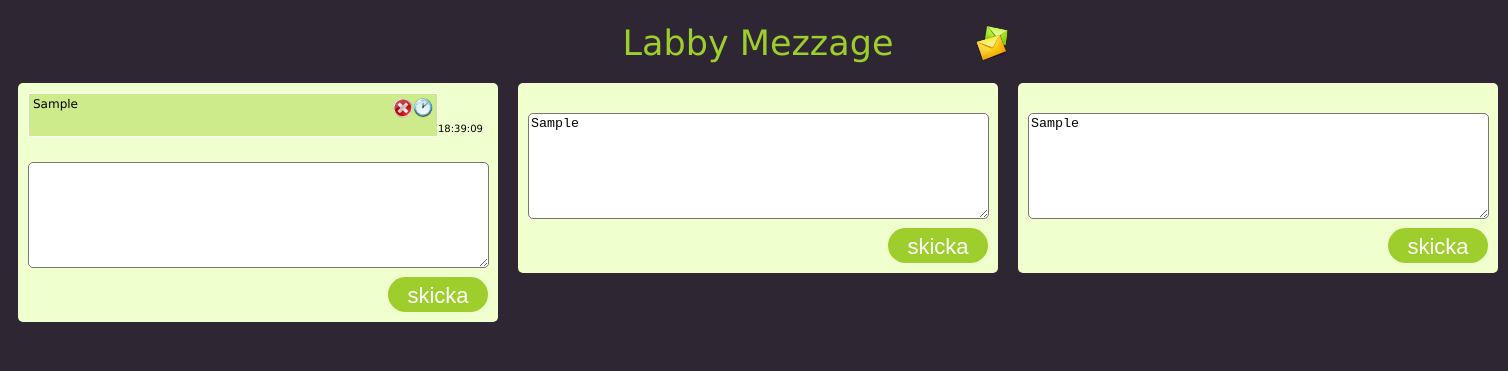
Repository: ad222kr/1dv403-laborationer
Page: 2-labbymezzage/index.html
The author's editor kept a record of every edit. The page is drawn from the files as they stood at one moment, then again after the next edit.
The browser window is 1280 px wide. The page is 1508 px wide, so the pictures cover 1508 px, including what lies to the right of the window. The pictures show the whole page.
Empty fields were first filled with sample values (such as "Sample", 5 or name@example.com).
After loading, the first visible `input.button` was clicked once.

Above is the page before.

### 2-labbymezzage/index.html
<!DOCTYPE HTML>
<html lang="sv">
    <head>
        <meta charset="UTF-8" />
        <title>Laboration 2 - Labby Mezzage!</title>
        <link rel="stylesheet" href="css/style.css" />

    </head>

    <body>
        <div id ="container">
            <header><h1>Labby Mezzage</h1></header>
            <div id="content">
                  <div id="board1" class="board"></div>
                  <div id="board2" class="board"></div>
                  <div id="board3" class="board"></div>

            </div>
        </div>
        <script src="js/Message.js"></script>
        <script src="js/MessageBoard.js"></script>
        <script  src="js/run.js"></script>
    </body>
</html>

### 2-labbymezzage/css/style.css
body{
    background-color: #2E2633; /* Ändra sen */
    font-family: Verdana, Helvetica;

}

h1{

    color:#9dce2c;
    font-size: 35px;
    font-weight: normal;
}
p{
    color: black;
}

header{
    background-image: url("pics/logo.png");
    background-size: 35px 35px;
    background-repeat: no-repeat;
    background-position: 66%;
    text-align: center;
    height: 40px;
    line-height: 40px;
    margin-bottom:10px;
}

.textarea{
    width: 455px;
    height: 100px;
    -webkit-border-radius: 5px;
    -moz-border-radius: 5px;
    border-radius: 5px;
    margin-top:20px;
}

#container{
    width: 1500px;
    margin: 0px auto;
}



.button{
    border: 0px;
	background-color:#9dce2c;
	-webkit-border-top-left-radius:42px;
	-moz-border-radius-topleft:42px;
	border-top-left-radius:42px;
	-webkit-border-top-right-radius:42px;
	-moz-border-radius-topright:42px;
	border-top-right-radius:42px;
	-webkit-border-bottom-right-radius:42px;
	-moz-border-radius-bottomright:42px;
	border-bottom-right-radius:42px;
	-webkit-border-bottom-left-radius:42px;
	-moz-border-radius-bottomleft:42px;
	border-bottom-left-radius:42px;
	display:inline-block;
	color:#ffffff;
	font-size:22px;
	font-weight:normal;
	font-style:normal;
	height:35px;
	line-height:35px;
	width:100px;
	text-decoration:none;
	text-align:center;
	margin-left: 360px;
	margin-top: 5px;
}

.button:hover{
    background:-webkit-gradient( linear, left top, left bottom, color-stop(0.05, #8cb82b), color-stop(1, #9dce2c) );
	background:-moz-linear-gradient( center top, #8cb82b 5%, #9dce2c 100% );
	background-color:#8cb82b;
}

.button:active{
    position: relative;
    top: 1px;
}

.numberofmess{
    color: black;
    font-size: 11px;
    float: right;
    margin-bottom: -25px;
}

.board{
    background: #EFFFCD;
    border-color: #000000;
    padding: 10px;
    -webkit-border-radius: 5px;
    -moz-border-radius: 5px;
    border-radius: 5px;
	color:white;
	width:460px;
	margin:10px;
    float: left
    ;
}

.message{
    width:400px;
    margin-bottom: 5px;
    font-size: 12px;
    border: solid 1px;
    background: #cdeb8b;
    padding: 4px;
}

.delete{
    height: 20px;
    width: 20px;
}
.time{
    height: 20px;
    width: 20px;
}

.buttons{
    float: right;
    margin-left: 200px;
    margin: 0 0 1em 1em;

}

.msgtext{

    margin-top:-1px;
    word-wrap: break-word;
    display: block;

}

.timestamp{
    margin-left:405px;
    margin-bottom:-2px;
    font-size:10px;
}

### 2-labbymezzage/js/Message.js
"use strict";
function Message(message, date){


    this.getText = function(){
        return message;
    };
    this.setText = function(_text){
        message = _text;
    };
    this.getDate = function(){
        return date;
    };
    this.setDate = function(_date){
        date = _date;
    };
}

Message.prototype.getDateText = function(){
    // Hittade på http://stackoverflow.com/a/3067896
    var date = this.getDate();
    var hour = date.getHours().toString();
    var minute = date.getMinutes().toString();
    var seconds = date.getSeconds().toString();

    var dateText = hour + ":" + (minute.length == 2 ? minute : "0" + minute) +":" + (seconds.length == 2 ? seconds : "0" + seconds);

    return dateText;

};
Message.prototype.toString = function(){

    var monthNames = [ "Januari", "Februari", "Mars", "April", "Maj", "Juni",
    "Juli", "Augusti", "September", "Oktober", "November", "December" ];

    var date = this.getDate();
    console.log(date);
    var year = date.getFullYear().toString();
    var month = monthNames[date.getMonth()];
    var day = date.getDate().toString();
    var hour = date.getHours().toString();
    var minute = date.getMinutes().toString();
    var seconds = date.getSeconds().toString();

    var dateTest = "Inlägget skapades den " +day+" "+month+ " "+year+" klockan "+hour+":"+minute+":"+seconds;
    return dateTest;
};
Message.prototype.getHTMLtext = function(){
    var htmlText = this.getText();
    return htmlText.replace(/[\n\r]/g, "<br/>");
};

### 2-labbymezzage/js/MessageBoard.js
"use strict";
function MessageBoard(boardID){
    var that = this;
    // getting reference to the board
    var div = document.querySelector("#" + boardID);

    this.messages = [];

    this.init = function(){
        console.log(div);
        // Init function that initiates the board, creating a button and a textfield
        // Creating div to hold the messages
        var messagesDiv = document.createElement("div");
        messagesDiv.className = "messages";
        div.appendChild(messagesDiv);

        // Create a text-field
        var textarea = document.createElement("textarea");
        textarea.className = "textarea";
        div.appendChild(textarea);

        // Create a send-button
        var inputButton = document.createElement("input");
        inputButton.type = "button";
        inputButton.value = "skicka";
        inputButton.className = "button";
        div.appendChild(inputButton);

        // Add eventlisteners
        inputButton.addEventListener("click", that.createMessage, false);
        textarea.addEventListener("keypress", function(e) {
            if (!e) {e = window.event;}
            if (e.keyCode == 13 && !e.shiftKey){
                e.preventDefault();
                that.createMessage();
            }

        });
    };

    this.createMessage = function(){
        // Reference to the textarea
        var input = document.querySelector("#"+boardID+" textarea");

        var mess = new Message(input.value, new Date());

        // Adds message to array and renders it
        that.messages.push(mess); // when using .this with "click" this points to input.button, why?
        that.renderMessage(that.messages.length - 1);
        console.log(that.messages.length);
        // Resets the text-field on click/enter
        input.value= "";


    };

    this.renderMessage = function(messageID){
        var messagesDiv = document.querySelector("#" +boardID+" .messages");

        // Creating div for the message object
        var messageDiv = document.createElement("div");
        messageDiv.className = "message";
        messagesDiv.appendChild(messageDiv);

        // Creating a div to hold the buttons for timestamp/delete
        var buttonDiv = document.createElement("div");
        buttonDiv.className = "buttons";
        messageDiv.appendChild(buttonDiv);

        // Creating the delete-button
        var aClose = document.createElement("a");
        var imgClose = document.createElement("img");
        imgClose.className = "delete";
        aClose.setAttribute("href", "#");
        imgClose.setAttribute("src", "img/Remove-icon.png");
        aClose.appendChild(imgClose);
        buttonDiv.appendChild(aClose);

        // Creating the timestamp-button
        var aTime = document.createElement("a");
        var imgTime = document.createElement("img");
        imgTime.className = "time";
        aTime.setAttribute("href", "#");
        imgTime.setAttribute("src", "img/clock.png");
        aTime.appendChild(imgTime);
        buttonDiv.appendChild(aTime);

        // Creating elements and rendering the message
        var text = document.createElement("p");
        text.className = "msgtext";
        messageDiv.appendChild(text);

        // Creating elements and rendering the timestamp
        var time = document.createElement("p");
        time.className = "timestamp";
        messageDiv.appendChild(time);

        // Rendering the message and time
        text.innerHTML = this.messages[messageID].getHTMLtext();
        time.innerHTML = this.messages[messageID].getDateText();

        // Eventhandlers for the buttons
        imgClose.alt="close";
        imgClose.addEventListener("click", function(e) {
            that.deleteMessage(messageID);
            //that.messageCount();

        });
        imgTime.alt="Time";
        imgTime.addEventListener("click", function(e) {
            //that.showTimeStamp(messageID);
            that.showTimeStamp(messageID);

        });

        this.renderMessages = function(){
            // Clears the messages and renders them all again
            document.querySelector("#" + boardID+ " .messages").innerHTML="";

            for(var i = 0; i < that.messages.length; i++){
                that.renderMessage(i);
            }
        };

        this.deleteMessage = function(messageID){
            // Deletets one message then calls renderMessages to render all
            var result = window.confirm("Vill du verkligen ta bort meddelandet?");
            if(result){
                that.messages.splice(messageID, 1);
                that.renderMessages();

            }


        };

        this.showTimeStamp = function(messageID){
            alert(that.messages[messageID].toString());
        };


    };


}

### 2-labbymezzage/js/run.js
"use strict";
window.onload = function(){
    var board1 = new MessageBoard("board1");
    var board2 = new MessageBoard("board2");
    var board3 = new MessageBoard("board3");

    board1.init();
    board2.init();
    board3.init();

};

After the next edit:
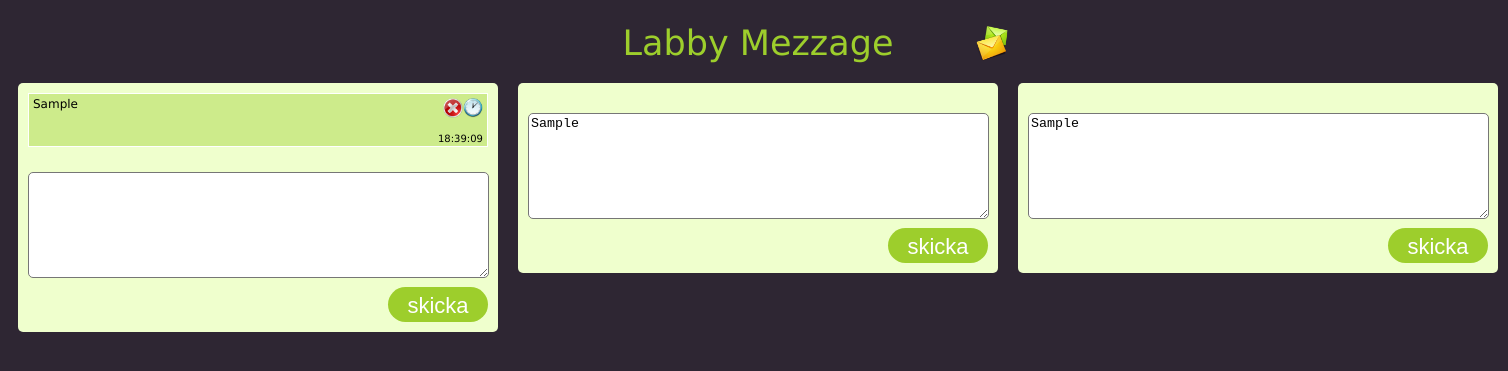
The edit:
--- a/2-labbymezzage/css/style.css
+++ b/2-labbymezzage/css/style.css
@@ -103,7 +103,7 @@
 }
 
 .message{
-    width:400px;
+
     margin-bottom: 5px;
     font-size: 12px;
     border: solid 1px;
